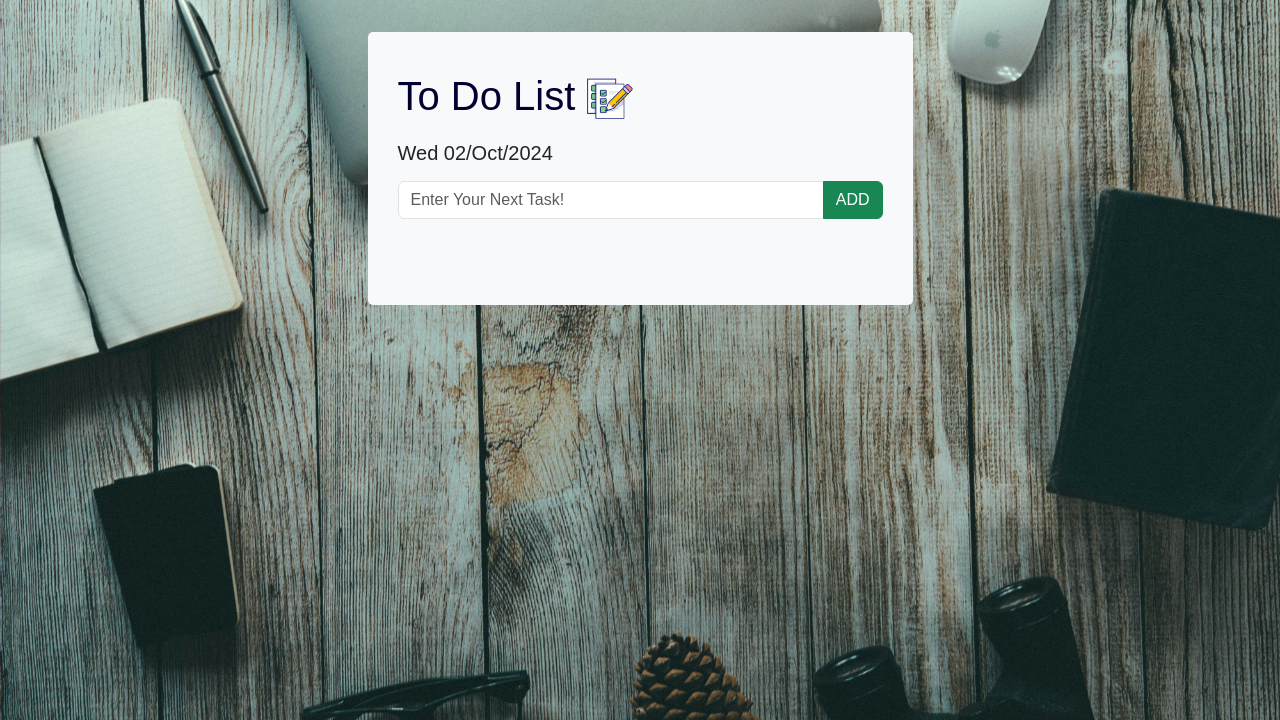
Repository: zeinawady/To_Do_List
Page: index.html
These files come from the project's save history. The page is drawn as it stood at one moment and after the next save; the edit follows.
The browser window is 1280 px wide. The pictures show the whole page.
Some web libraries are served in a nearby version.

Above is the page before, as saved 2024-10-02 02:57:01.

### index.html
<!DOCTYPE html>
<html lang="en">

<head>
    <meta charset="UTF-8">
    <meta name="viewport" content="width=device-width, initial-scale=1.0">
    <title>To Do list</title>
    <link href="https://cdn.jsdelivr.net/npm/bootstrap@5.3.3/dist/css/bootstrap.min.css" rel="stylesheet" integrity="sha384-QWTKZyjpPEjISv5WaRU9OFeRpok6YctnYmDr5pNlyT2bRjXh0JMhjY6hW+ALEwIH" crossorigin="anonymous">
    <link rel="stylesheet" href="https://cdnjs.cloudflare.com/ajax/libs/font-awesome/6.6.0/css/all.min.css" integrity="sha512-Kc323vGBEqzTmouAECnVceyQqyqdsSiqLQISBL29aUW4U/M7pSPA/gEUZQqv1cwx4OnYxTxve5UMg5GT6L4JJg==" crossorigin="anonymous" referrerpolicy="no-referrer" />
    <link rel="stylesheet" href="css/style.css">
</head>

<body>
<div class="app">
    <div class="container">
        <div class="todo-app bg-body-tertiary m-auto">
            <h1 class="d-flex mb-3">To Do List <img src="images/todolistpng.png" alt="to-do-list" class="logo ms-2"></h1>
           <h5 id="date" class="mb-3"></h6>
            <div class="input-group mb-3">
                <input type="text"  class="form-control" id="input-box" placeholder="Enter Your Next Task!" aria-label="Enter Your Next Task!" aria-describedby="button">
                <button class="btn btn-success" onclick="addTask()">ADD</button>

            </div>
            <ul id="list-container">
                <!-- <li class="checked">Task 0</li>
                <li>Task 1</li> -->
            </ul>
        </div>

</div>
    </div>
    <script src="https://cdn.jsdelivr.net/npm/bootstrap@5.3.3/dist/js/bootstrap.bundle.min.js" integrity="sha384-YvpcrYf0tY3lHB60NNkmXc5s9fDVZLESaAA55NDzOxhy9GkcIdslK1eN7N6jIeHz" crossorigin="anonymous"></script>
    <script src="script.js"></script>
</body>

</html>

### css/style.css
* {
    margin: 0;
    padding: 0;
    box-sizing: border-box;
    font-family: Arial, Helvetica, sans-serif;
}

:root {
    --font-color: rgb(1, 1, 49);
}

li {
    list-style: none;
}
.app{
    background-image: url(../images/background3.jpg);
    background-position: center;
    background-size: cover;
    background-repeat: no-repeat;
    height: 100vh;
}

.todo-app {
    max-width: 545px;
    /* margin: 100px auto; */
    padding: 40px 30px 70px;
    border-radius: 5px;
    transition: 0.5s;
    position: relative;
    top: 2rem;
}

.todo-app:hover {
    box-shadow: 4px 5px 10px 2px rgba(63, 63, 63, 0.5);


}

.todo-app h1 {
    color: var(--font-color);

}

.logo {
    width: 53px;

}

.form {
    background-color: #efe2e2;
    border-radius: 10px;
}


ul li {
    position: relative;
    font-size: 17px;
    padding: 12px 2px 12px 40px;
    user-select: none;
    cursor: pointer;
}

ul li::before {
    content: '';
    position: absolute;
    height: 28px;
    width: 28px;
    border-radius: 50%;
    background-image: url(../images/unchecked.png);
    background-size: cover;
    background-position: center;
    left: 1px;
    top: 8px;
}

ul li.checked {
    color: #555;
    text-decoration: line-through;

}

ul li.checked::before {
    color: #666;
    background-image: url(../images/checked.png);
}

ul li span {
    position: absolute;
    right: 0;
    top: 10px;
    font-size: 20px;
    color: #555;
}

ul li button{
    position: absolute;
    right: 35px;
    top: 2px;

}

### script.js
let listContainer = document.getElementById("list-container");
let inputBox = document.getElementById("input-box");
let currentDate = document.getElementById("date");
function addTask() {
    if (inputBox.value === '') {
        alert("No Task Added!");
    }
    else {
        let li = document.createElement("li");
        li.innerHTML = inputBox.value;
        listContainer.appendChild(li);
        let xSign = document.createElement("span");
        // xSign.innerHTML = '\u00d7';  // x sign code
        xSign.classList.add('fa-solid','fa-trash')
        li.appendChild(xSign);

        let editBtn = document.createElement("button");
        editBtn.classList.add('btn', 'btn-outline-success', 'fas', 'fa-edit');
        li.appendChild(editBtn);
    }
    inputBox.value = "";  //so that input text become empty again
    saveTask();

}

inputBox.addEventListener("keydown", function (e) {
    if (e.key === "Enter") {
        e.preventDefault();
        addTask();
    }
});

listContainer.addEventListener("click", function (e) {
    //e is the event object contains info about event & target element that was clicked.
    if (e.target.tagName === "LI") {
        e.target.classList.toggle("checked");
        saveTask();
    }
    else if (e.target.tagName === "SPAN") {
        e.target.parentElement.remove();
        saveTask();

    }
    else if (e.target.tagName === "BUTTON") {
        let li = e.target.parentElement;
        let currentTask = li.firstChild.textContent;
        let newTask = prompt("Edit Your Task: ", currentTask);
        if (newTask !== null && newTask.trim() !== "") {
            li.firstChild.textContent = newTask;
            saveTask();
        }
    }
})

function saveTask() {
    localStorage.setItem("Task", listContainer.innerHTML);
}
function showTask() {
    listContainer.innerHTML = localStorage.getItem("Task");
}
showTask();

function displayDate() {
    let date = new Date();
    date = date.toString().split(" ");
    currentDate.innerHTML = date[0] + " " + date[2] + '/' + date[1] + '/' + date[3];
    console.log();
}
window.onload = displayDate();

After the next save:
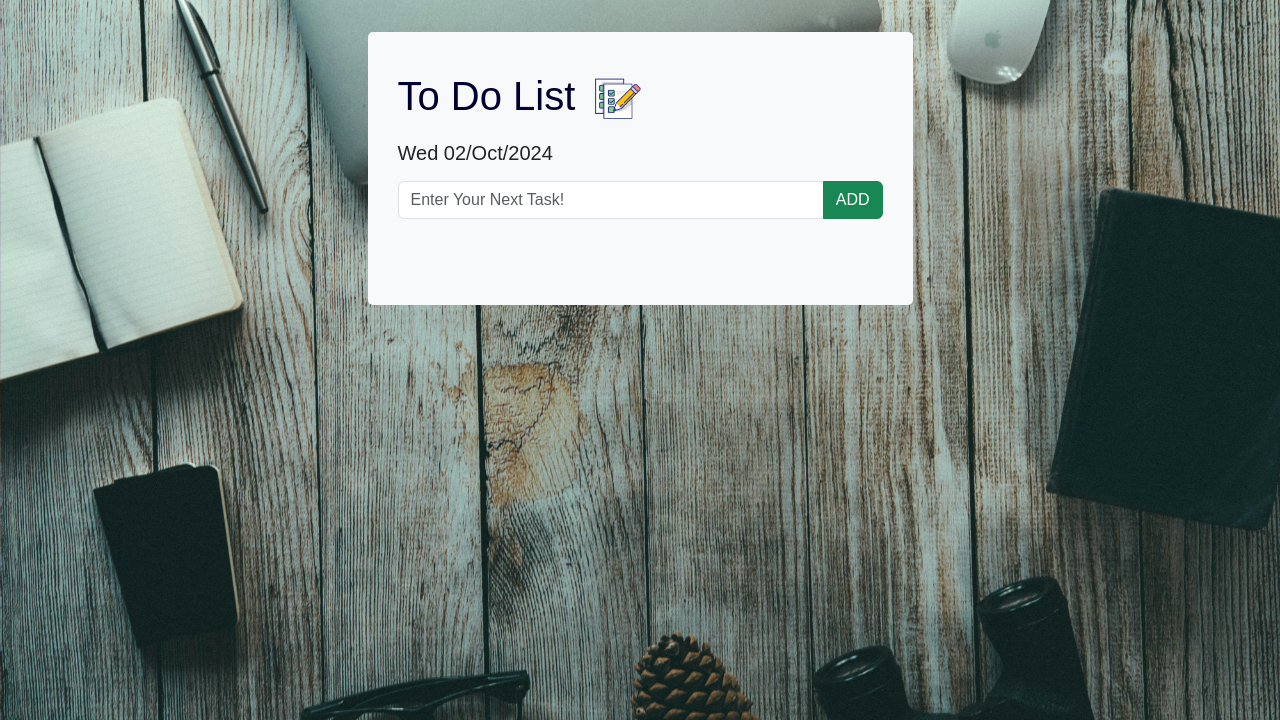
Saved 4 s later.
--- a/index.html
+++ b/index.html
@@ -14,7 +14,7 @@
 <div class="app">
     <div class="container">
         <div class="todo-app bg-body-tertiary m-auto">
-            <h1 class="d-flex mb-3">To Do List <img src="images/todolistpng.png" alt="to-do-list" class="logo ms-2"></h1>
+            <h1 class="d-flex mb-3">To Do List <img src="images/todolistpng.png" alt="to-do-list" class="logo ms-3"></h1>
            <h5 id="date" class="mb-3"></h6>
             <div class="input-group mb-3">
                 <input type="text"  class="form-control" id="input-box" placeholder="Enter Your Next Task!" aria-label="Enter Your Next Task!" aria-describedby="button">

After the save that followed:
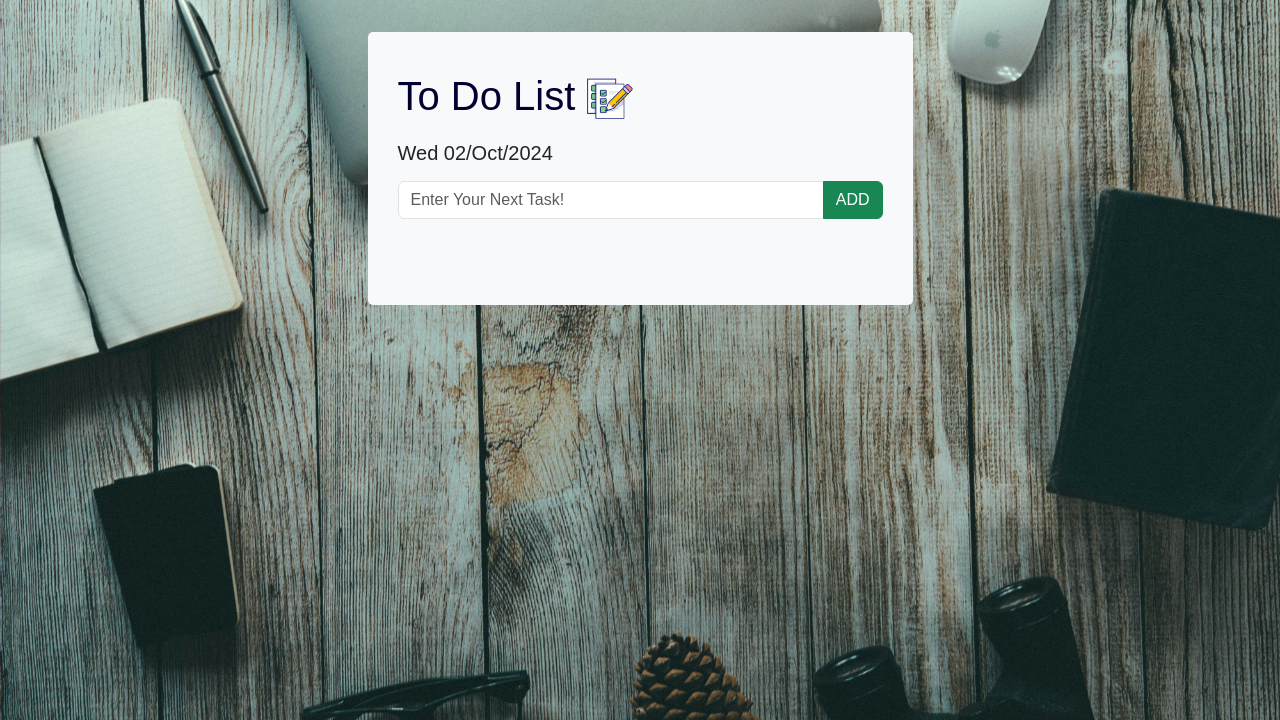
Saved 7 s later.
--- a/index.html
+++ b/index.html
@@ -14,7 +14,7 @@
 <div class="app">
     <div class="container">
         <div class="todo-app bg-body-tertiary m-auto">
-            <h1 class="d-flex mb-3">To Do List <img src="images/todolistpng.png" alt="to-do-list" class="logo ms-3"></h1>
+            <h1 class="d-flex mb-3">To Do List <img src="images/todolistpng.png" alt="to-do-list" class="logo ms-2"></h1>
            <h5 id="date" class="mb-3"></h6>
             <div class="input-group mb-3">
                 <input type="text"  class="form-control" id="input-box" placeholder="Enter Your Next Task!" aria-label="Enter Your Next Task!" aria-describedby="button">
